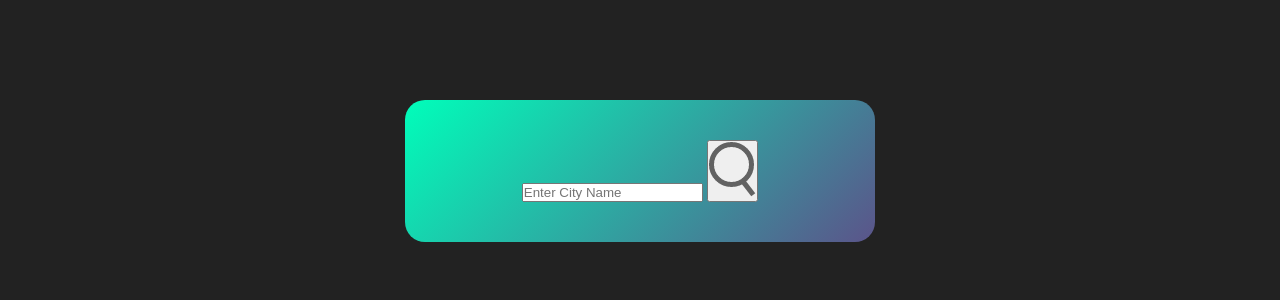
Repository: dubeprince/WeatherApp-Project
Page: WeatherApp/index.html
An editor plug-in stored every save of this project. The page is shown before and after the next save, followed by the edit.
The browser window is 1280 px wide. The pictures show the whole page.

Above is the page before, as saved 2023-05-26 10:31:01.

### WeatherApp/index.html
<!DOCTYPE html>
<html lang="en">
<head>
    <meta charset="UTF-8">
    <meta http-equiv="X-UA-Compatible" content="IE=edge">
    <meta name="viewport" content="width=device-width, initial-scale=1.0">
    <title>Weather App</title>
    <link rel = "stylesheet" href = "style.css">
</head>
<body>

    <div class="card">
        <div class="search">
            <input type="text" placeholder="Enter City Name" spellcheck="false">
            <button><img src="images/search.png" alt=""></button>
        </div>
    </div>

</body>
</html>

### WeatherApp/style.css
*{
    margin : 0;
    padding: 0;
    font-family: 'Poppins', sans-serif;
    box-sizing: border-box;

}
body{
    background: #222;
}
.card{
    width: 90%;
    max-width: 470px;
    background: linear-gradient(135deg, #00feba, #5b548a);
    color: #fff; /* white */
    margin: 100px auto 0;
    border-radius: 20px;
    padding: 40px 35px;
    text-align: center;

}

After the next save:
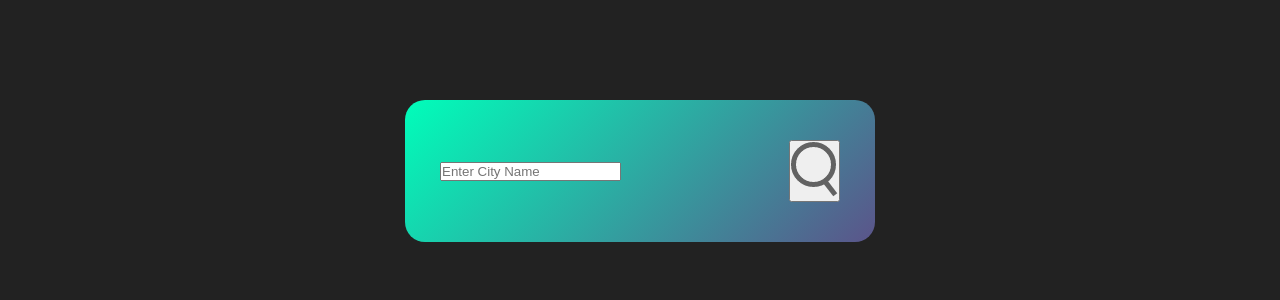
Saved 85 s later.
--- a/WeatherApp/style.css
+++ b/WeatherApp/style.css
@@ -19,3 +19,9 @@ body{
     text-align: center;
 
 }
+.search{
+    width: 100%;
+    display: flex;
+    align-items: center;
+    justify-content: space-between;
+}
